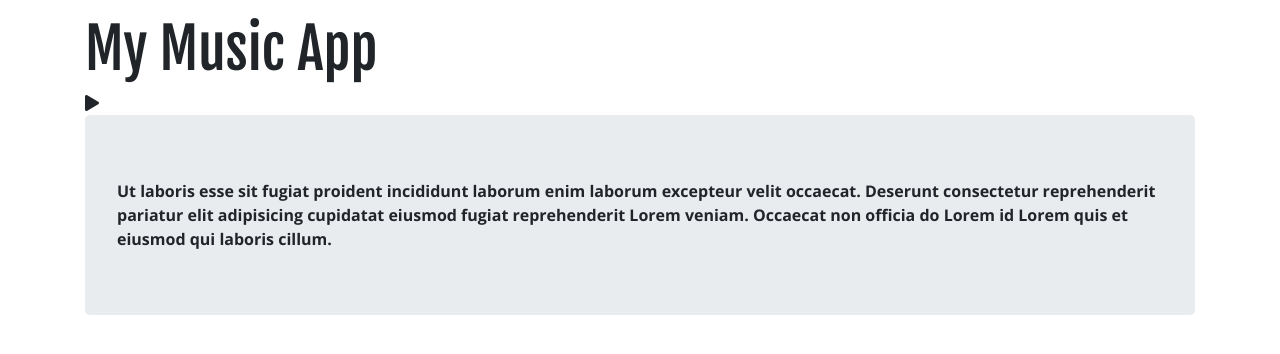
Repository: tanviredu/Data
Page: / (app in 28_vue_with_apis/vue-apis/)
These files come from the project's save history. The page is drawn as it stood at one moment and after the next save; the edit follows.
The browser window is 1280 px wide. The pictures show the whole page.
The project was rebuilt for these pictures with package versions that can differ from the ones it lists, and the page was loaded fresh each time.

Above is the page before, as saved 2020-07-13 08:35:14.

After the next save:
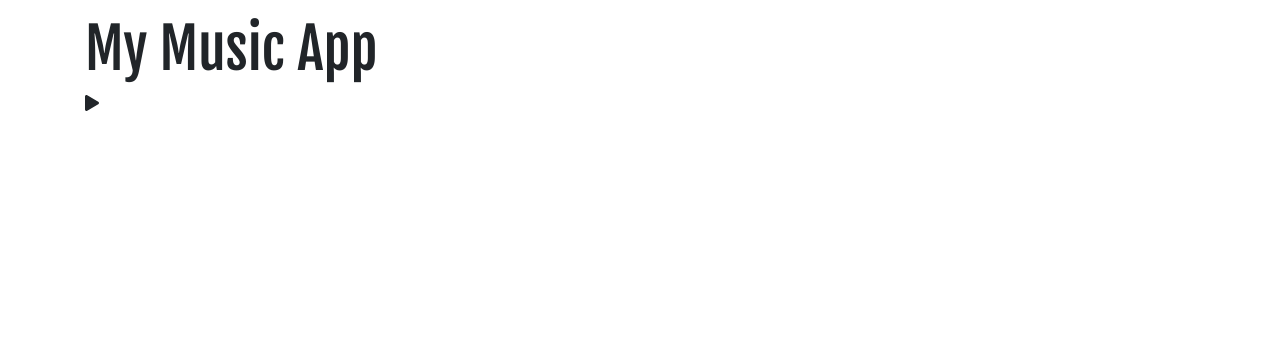
Saved 53 s later.
--- a/28_vue_with_apis/vue-apis/src/App.vue
+++ b/28_vue_with_apis/vue-apis/src/App.vue
@@ -4,7 +4,7 @@
       <h1 class="display-4" style="font-family: 'Fjalla One'">{{name}}</h1>
     </div>
     <font-awesome-icon icon="play" />
-    <div class="jumbotron">
+    <div v-if="showDescription" class="jumbotron">
       <div style="font-family: 'Open Sans', sans-serif;">{{description}}</div>
     </div>
   </div>
@@ -17,6 +17,7 @@
   name: "App",
   data() {
     return {
+      showDescription: false,
       name: " My Music App",
       description:
         "Ut laboris esse sit fugiat proident incididunt laborum enim laborum excepteur velit occaecat. Deserunt consectetur reprehenderit pariatur elit adipisicing cupidatat eiusmod fugiat reprehenderit Lorem veniam. Occaecat non officia do Lorem id Lorem quis et eiusmod qui laboris cillum."

After the save that followed:
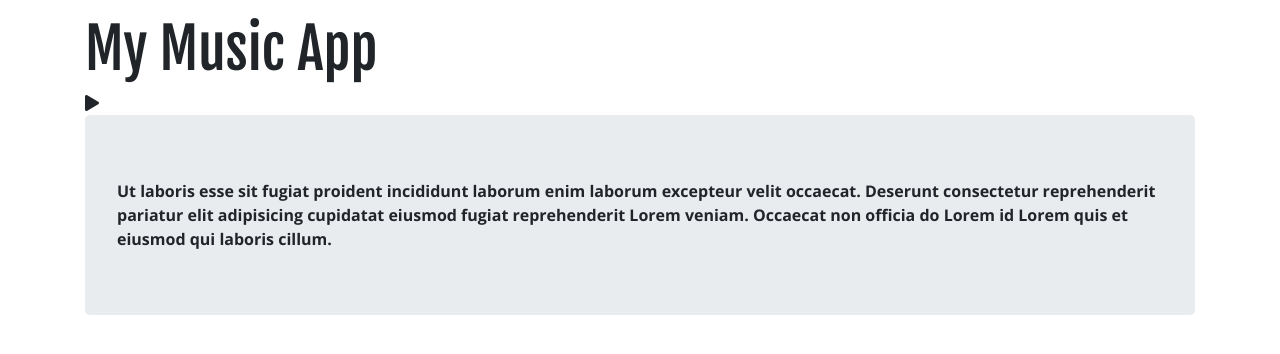
Saved 16 s later.
--- a/28_vue_with_apis/vue-apis/src/App.vue
+++ b/28_vue_with_apis/vue-apis/src/App.vue
@@ -17,7 +17,7 @@
   name: "App",
   data() {
     return {
-      showDescription: false,
+      showDescription: true,
       name: " My Music App",
       description:
         "Ut laboris esse sit fugiat proident incididunt laborum enim laborum excepteur velit occaecat. Deserunt consectetur reprehenderit pariatur elit adipisicing cupidatat eiusmod fugiat reprehenderit Lorem veniam. Occaecat non officia do Lorem id Lorem quis et eiusmod qui laboris cillum."
